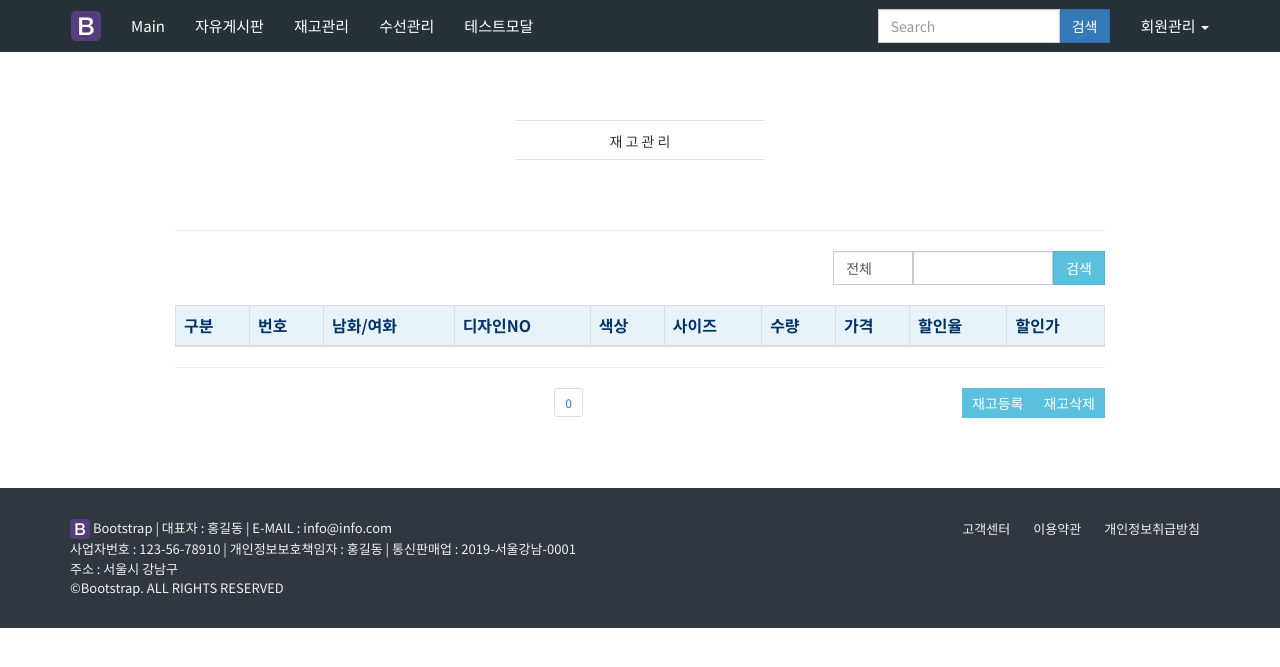
Repository: RattenLegs/Project_Inventory
Page: http://localhost/Project_Inventory/WEB-INF/views/inventoryboard/inventoryList.jsp
These files come from the project's save history. The page is drawn as it stood at one moment and after the next save; the edit follows.
The browser window is 1280 px wide. The pictures show the whole page.
Some web libraries are served in a nearby version. The page is served by Tomcat 9. Nobody is signed in. Other server files are loaded and not shown. The template is opened directly, without the code that normally fills it, so the values that code supplies are empty.

Above is the page before, as saved 2023-02-27 12:49:35.
Console error: TypeError: Cannot read properties of null (reading 'addEventListener')

### Project_Inventory/src/main/webapp/WEB-INF/views/inventoryboard/inventoryList.jsp
<%@ taglib uri="http://java.sun.com/jsp/jstl/core" prefix="c"%>
<%@ taglib uri="http://java.sun.com/jsp/jstl/fmt" prefix="fmt"%>
<%@ page language="java" contentType="text/html; charset=UTF-8"
	pageEncoding="UTF-8"%>
<html>
<head>
<%@ include file="../../views/include/header.jsp"%>
<title>재고관리 시스템입니다.</title>

</head>
<body>
	<section>
		<div class="container-fluid">
			<div class="row">
				<!--lg에서 9그리드, xs에서 전체그리드-->
				<div class="col-lg-9 col-xs-12 board-table">
					<div class="titlebox">
						<p>재 고 관 리</p>
					</div>
					<hr>

					<div>

						<%@ include
							file="../../views/inventoryboard/inventorySearchForm.jsp"%></div>

					<table class="table table-bordered">
						<thead>
							<tr>
								<th>구분</th>
								<th>번호</th>
								<th>남화/여화</th>
								<th>디자인NO</th>
								<th>색상</th>
								<th>사이즈</th>
								<th>수량</th>
								<th>가격</th>
								<th>할인율</th>
								<th>할인가</th>
							</tr>
						</thead>

						<tbody>
							<c:forEach var="vo" items="${boardList}">
								<tr>
									<td>${vo.bno}</td>
									<td><a
										href="<c:url value='/freeboard/freeDetail/${vo.bno}${pc.makeURI(pc.paging.pageNum)}' />">${vo.title}</a>
										&nbsp;&nbsp;&nbsp; <c:if test="${vo.newMark}">
											<img alt="newMark" src="<c:url value='/img/icon_new.gif' />">
										</c:if></td>
									<td>${vo.writer}</td>
									<td><fmt:formatDate value="${vo.regDate}"
											pattern="yyyy-MM-dd HH:mm" /></td>
									<td><fmt:formatDate value="${vo.updateDate}"
											pattern="yyyy-MM-dd HH:mm" /></td>
								</tr>
							</c:forEach>
						</tbody>

<!-- 						<tfoot>
						</tfoot> -->

					</table>

					<!-- 					<select class="form-select" size="1"
						aria-label="size 1 select example">
						<option selected>Open this select menu</option>
						<option value="1">One</option>
						<option value="2">Two</option>
						<option value="3">Three</option>
					</select> -->

					<!-- <input type="checkbox"> -->
					<%@ include file="../../views/inventoryboard/addInventoryForm.jsp"%>

					<%@ include
						file="../../views/inventoryboard/inventoryModalForm.jsp"%>
				</div>
			</div>
		</div>
	</section>
	<%@ include file="../../views/include/footer.jsp"%>
</body>
<script
	src="${pageContext.request.contextPath}/resources/modal/modal.js"></script>
</html>

### Project_Inventory/src/main/webapp/WEB-INF/views/include/header.jsp
<%@ page language="java" contentType="text/html; charset=UTF-8"
	pageEncoding="UTF-8"%>
<%@ taglib uri="http://java.sun.com/jsp/jstl/core" prefix="c"%>

<!DOCTYPE html>
<html>
<head>

<meta charset="utf-8">
<meta http-equiv="X-UA-Compatible" content="IE=edge">
<meta name="viewport" content="width=device-width, initial-scale=1">

<!--
		${pageContext.request.contextPath} == <c:url value='' />
	 -->

<link
	href="${pageContext.request.contextPath}/resources/css/bootstrap.css"
	rel="stylesheet">
<script
	src="https://ajax.googleapis.com/ajax/libs/jquery/1.11.2/jquery.min.js"></script>
<!--개인 디자인 추가-->
<link href="${pageContext.request.contextPath}/resources/css/style.css"
	rel="stylesheet">
<script
	src="${pageContext.request.contextPath}/resources/js/bootstrap.js"></script>
</head>


<body>
	<header>
		<div class="container-fluid">
			<div class="row">
				<div class="container">
					<div class="navbar">
						<div class="navbar-header">
							<!--data-toggle 같은 것들은 내부적으로 지원하는 반응형 API기능이므로 지우면 안됩니다-->
							<button type="button" class="navbar-toggle"
								data-toggle="collapse" data-target="#myNavbar">
								<span class="icon-bar"></span> <span class="icon-bar"></span> <span
									class="icon-bar"></span>
							</button>
							<a class="navbar-brand" href="#"><img width="30"
								src="${pageContext.request.contextPath }/resources/img/logo.svg"
								alt="Brand"></a>
						</div>


						<div class="collapse navbar-collapse" id="myNavbar">
							<ul class="nav navbar-nav">
								<li class="active"><a href="<c:url value='/' />">Main</a></li>
								<li><a href="<c:url value='/freeboard/freeList' />">자유게시판</a></li>
								<li><a
									href="<c:url value='/inventoryboard/inventoryList' />">재고관리</a></li>
								<li><a href="<c:url value='/repairboard/repairList' />">수선관리</a></li>
								<li><a href="<c:url value='/testModal/testModalMain' />">테스트모달</a></li>
								<!--
				<li><a href="#">강의</a></li>
                                <li><a href="#">Form</a></li>
                                <li><a href="#">Board</a></li>
 				-->

							</ul>
							<ul class="nav navbar-nav navbar-right">
								<li class="dropdown"><a class="dropdown-toggle"
									data-toggle="dropdown" href="#">회원관리 <span class="caret"></span></a>
									<ul class="dropdown-menu">
										<li><a href="<c:url value='/user/userLogin' />"><span
												class="glyphicon glyphicon-log-in"></span>Login</a></li>
										<li><a href="<c:url value='/user/userJoin' />"><span
												class="glyphicon glyphicon-user"></span>회원가입</a></li>
										<!--                                         <li><a href="#"><span class="glyphicon glyphicon-user"></span>MyPage</a></li> -->
										<li><a href="#"><span
												class="glyphicon glyphicon-log-out"></span>Logout</a></li>
									</ul></li>
							</ul>

							<form class="navbar-form navbar-right" action="">
								<div class="input-group">
									<input type="text" class="form-control" placeholder="Search">
									<div class="input-group-btn">

										<button class="btn btn-primary" type="submit">검색</button>
									</div>
								</div>
							</form>
						</div>
					</div>
				</div>
			</div>
		</div>
	</header>

### Project_Inventory/src/main/webapp/WEB-INF/views/inventoryboard/inventorySearchForm.jsp
<%@ page language="java" contentType="text/html; charset=UTF-8"
	pageEncoding="UTF-8"%>


<!-- form을 가져온다 -->
<form action="<c:url value='/inventoryboard/inventoryList' />">
	<div class="search-wrap">
		<button type="submit" class="btn btn-info search-btn">검색</button>
		<input type="text" name="keyword" class="form-control search-input"
			value="${pc.paging.keyword}"> <select
			class="form-control search-select" name="condition">
			<option value="all"
				${pc.paging.condition == 'title' ? 'selected' : ''}>전체</option>
			<option value="title"
				${pc.paging.condition == 'title' ? 'selected' : ''}>남화/여화</option>
			<option value="content"
				${pc.paging.condition == 'content' ? 'selected' : ''}>디자인NO</option>
			<option value="writer"
				${pc.paging.condition == 'writer' ? 'selected' : ''}>색상</option>
			<option value="titleContent"
				${pc.paging.condition == 'titleContent' ? 'selected' : ''}>사이즈</option>
			<option value="titleContent"
				${pc.paging.condition == 'titleContent' ? 'selected' : ''}>수량</option>
			<option value="titleContent"
				${pc.paging.condition == 'titleContent' ? 'selected' : ''}>가격</option>
			<option value="titleContent"
				${pc.paging.condition == 'titleContent' ? 'selected' : ''}>할인율</option>
			<option value="titleContent"
				${pc.paging.condition == 'titleContent' ? 'selected' : ''}>할인가</option>
		</select>
	</div>
</form>

### Project_Inventory/src/main/webapp/WEB-INF/views/inventoryboard/addInventoryForm.jsp
<%@ taglib uri="http://java.sun.com/jsp/jstl/core" prefix="c"%>
<%@ taglib uri="http://java.sun.com/jsp/jstl/fmt" prefix="fmt"%>
<%@ page language="java" contentType="text/html; charset=UTF-8"
	pageEncoding="UTF-8"%>

<!--페이지 네이션을 가져옴-->
<form action="<c:url value='/inventoryboard/inventoryList' />"
	name="pageForm">
	<div class="text-center">
		<hr>
		<ul id="pagination" class="pagination pagination-sm">
			<c:if test="${pc.prev}">
				<li><a href="#" data-pagenum="${pc.beginPage-1}">이전</a></li>
			</c:if>

			<c:forEach var="num" begin="${pc.beginPage}" end="${pc.endPage}">
				<li class="${pc.paging.pageNum == num ? 'active' : ''}"><a
					href="#" data-pagenum="${num}">${num}</a></li>
			</c:forEach>

			<c:if test="${pc.next}">
				<li><a href="#" data-pagenum="${pc.endPage+1}">다음</a></li>
			</c:if>
		</ul>
		<button type="button" class="btn btn-info">재고삭제</button>
<!-- 모달 오픈 -->
<button type="button" class="btn btn-info" data-toggle="modal" data-target="#exampleModal">
  재고등록
</button>
	</div>

<!-- Button trigger modal -->
<!-- <button type="button" class="btn btn-primary" data-toggle="modal" data-target="#exampleModal">
  Launch demo modal
</button> -->


	<!-- 페이지 관련 버튼(이전, 다음, 페이지번호)을 클릭 시 같이 숨겨서 보내줄 공통 값  -->
	<input type="hidden" name="pageNum" value="${pc.paging.pageNum}">
	<input type="hidden" name="cpp" value="${pc.paging.cpp}"> <input
		type="hidden" name="condition" value="${pc.paging.condition}">
	<input type="hidden" name="keyword" value="${pc.paging.keyword}">
</form>

### Project_Inventory/src/main/webapp/WEB-INF/views/inventoryboard/inventoryModalForm.jsp
<%@ page language="java" contentType="text/html; charset=UTF-8"
	pageEncoding="UTF-8"%>

<!-- Modal -->
<div class="modal fade" id="exampleModal" tabindex="-1" role="dialog"
	aria-labelledby="exampleModalLabel" aria-hidden="true">
	<div class="modal-dialog" role="document">
		<div class="modal-content">
			<div class="modal-header">
				<h5 class="modal-title" id="exampleModalLabel">재고등록</h5>
				<button type="button" class="close" data-dismiss="modal"
					aria-label="Close">
					<span aria-hidden="true">&times;</span>
				</button>
			</div>
			<div class="modal-body">
				<form action="/inventoryboard/addInventoryCheck" method="post">
					<table class="table table-hover">
						<tbody class="t-control">
							<tr>
								<td class="t-title">남화/여화</td>
								<td><select>
										<option selected></option>
										<option value="man">남화</option>
										<option value="woman">여화</option>
								</select></td>
							</tr>
							<tr>
								<td class="t-title">디자인NO</td>
								<td><input class="form-control input-sm" name="design"></td>
							</tr>
							<tr>
								<td class="t-title">색상</td>
								<td><input class="form-control input-sm" name="color"></td>
							</tr>
							<tr>
								<td class="t-title">사이즈</td>
								<td><input class="form-control input-sm" name="size"></td>
							</tr>
							<tr>
								<td class="t-title">수량</td>
								<td><input class="form-control input-sm" name="num"></td>
							</tr>
							<tr>
								<td class="t-title">가격</td>
								<td><input class="form-control input-sm" name="price"></td>
							</tr>
							<tr>
								<td class="t-title">할인율</td>
								<td><input class="form-control input-sm" name="salePercent"></td>
							</tr>
							<tr>
								<td class="t-title">할인가</td>
								<td><input class="form-control input-sm" name="sale"></td>
							</tr>

							<!-- 							<tr>
								<td class="t-title">CONTENT</td>
								<td><textarea class="form-control" rows="7" name="content"></textarea>
								</td>
							</tr> -->
						</tbody>
					</table>
				</form>
			</div>
			<div class="modal-footer">
				<button type="button" class="btn btn-primary addInventorylist">재고
					등록</button>
				<button type="button" class="btn btn-secondary" data-dismiss="modal">모달
					닫기</button>

			</div>
		</div>
	</div>
</div>

<!-- <div class="form-check">
										<input class="form-check-input" type="radio"
											name="flexRadioDefault" id="flexRadioDefault1"
											name="shoeGender"> <label class="form-check-label"
											for="flexRadioDefault1"> 남화 </label>
									</div>
									<div class="form-check">
										<input class="form-check-input" type="radio"
											name="flexRadioDefault" id="flexRadioDefault1"
											name="shoeGender"> <label class="form-check-label"
											for="flexRadioDefault1"> 여화 </label>
									</div> -->

### Project_Inventory/src/main/webapp/WEB-INF/views/include/footer.jsp
<%@ page language="java" contentType="text/html; charset=UTF-8"
    pageEncoding="UTF-8"%>
    <footer>
        <div class="container">
            <div class="row">
                <div class="col-md-7 col-sm-12">
                    <div class="copyright">
                        <a href="">
                            <img width="20" src="${pageContext.request.contextPath }/resources/img/logo.svg" alt="Brand">
                        </a>
                        Bootstrap | 대표자 : 홍길동 | E-MAIL : info&#64;info.com<br>
                        사업자번호 : 123-56-78910 | 개인정보보호책임자 : 홍길동 | 통신판매업 : 2019-서울강남-0001<br>
                        주소 : 서울시 강남구
                        <address>&copy;Bootstrap. ALL RIGHTS RESERVED</address>
                    </div>
                </div>
                <div class="col-md-5 col-sm-12 text-right">
                    <ul class="footer-menu">
                        <li><a href="#">고객센터</a></li>
                        <li><a href="#">이용약관</a></li>
                        <li><a href="#">개인정보취급방침</a></li>
                    </ul>
                </div>
            </div>
        </div>
    </footer>
    <!-- //footer -->

### Project_Inventory/src/main/webapp/resources/css/style.css
/*=========웹폰트 선언=========*/
@import
	url('https://fonts.googleapis.com/css?family=Noto+Sans+KR&display=swap')
	;
/*===========================*/

/*디자인 시작시 기본 선언*/
* { /* 기본선언: 마딩, 패딩 0, 요소크기에 padding, border값을 포함 x*/
	padding: 0;
	margin: 0;
	box-sizing: border-box;
}

body, html {
	width: 100%;
	min-width: 320px;
	font-family: 'Noto Sans KR', sans-serif; /*웹폰트 사용*/
}

img {
	max-width: 100%; /*사이즈가 변해도 넓이를 유지 */
	height: auto; /*사이즈가 변해도 높이를 유지 */
	/*vertical-align: top;*/
}

input, textarea, button, select {
	/*고유하게 적용되어있는 form관련 요소들을 제거해서 여러브라우저에서 동일한디자인을 얻게함*/
	-webkit-appearance: none;
	-moz-appearance: none;
	appearance: none;
	border: none
}

ul, ol, dl, li {
	list-style: none /*순서 요소들이 리스트스타일을 업앤다 */
}

.btn {
	border-radius: 0px;
}

/*=========헤더=========*/
.carousel-control.right, .carousel-control.left {
	background-image: linear-gradient(to right, rgba(0, 0, 0, .0001) 0%,
		rgba(0, 0, 0, 0) 100%)
}
header {
	position: fixed;
	left: 0;
	top: 0;
	width: 100%;
	z-index: 50; /*position을 이용하면 요소가 겹쳐질 수 있다. 숫자가 제일 높은값이 위로 떠오른다*/
}
header {
	background: #263238;
}

section {
	margin-top: 50px;
}

/*header 의 모든 컨테이너 클래스에 적용함 */
header .container {
	padding: 0;
}
/*navbar의 margin: 0으로 */
.navbar {
	margin-bottom: 0px;
}
/*이미지 위치 조정 */
.navbar-brand {
	padding: 10px 15px;
}
/*nav의 a변경*/
.nav>li>a {
	font-size: 15px;
	color: white;
}
/*na의 a 호버시 기능 변경 */
.nav>li>a:hover, .nav>li>a:focus {
	background-color: #304047;
}

/* 토글메뉴 윤곽색 변경 */
.navbar-toggle {
	border-color: white;
}

.navbar-toggle>.icon-bar {
	background-color: white;
}
/*개발자도구에서 확인후 색깔변경*/
.nav .open>a:focus {
	background-color: #304047;
}
/*부트스트랩의 드롭다운시 a태그 색상변경  */
.dropdown-menu>li>a {
	color: #f5f5f5;
}
/*======슬라이더=======*/
.slide-list {
	padding: 0;
}
/* ===================================
    Footer style
====================================== */
footer {
	margin-top: 70px;
	background-color: #303740;
	padding: 30px 0;
}

footer .copyright {
	font-size: 13px;
	line-height: 20px;
	color: #f1f1f1;
}

footer .copyright address {
	margin-bottom: 0;
}

footer .footer-menu li {
	display: inline-block;
	padding: 0 10px;
}

footer .footer-menu li a {
	display: block;
	color: #f1f1f1;
	font-size: 13px;
}

/*===========본문=========== */
/*섹션전체에 패딩 추가*/
section {
	/*위 60px 나머지 0 */

}

.prod-list, .prod-link {
	border: 1px solid #ddd; /*윤곽 1, 한줄, 색상 */
	display: block; /* 블락요소로 변경 반드시 필요 */
	text-align: center; /*이미지 가운데 정렬*/
	/* position: relative;*/
}
/*기본 부트설정은 좌우 15px임 -> col에 대해 전부 5px로 바꿔버린다*/
.prod-list, .prod-list>li[class*="col-"] {
	padding: 5px;
}

/*호버기능 추가*/
.prod-link:hover {
	border-color: #4285F4;
}

.prod-link>.arrow {
	display: block; /*span은 인라인 요소입니다 인라인요소는 position속성을 사용할수 없습니다*/
	position: absolute;
	/*원래 위치에서 따로 띠어내어 부모위치로 조정한다 width, heigth를 필수로 지정해야한다*/
	left: 15px; /*좌우 위치조정 left, right 중 한개만쓴다*/
	bottom: 15px; /*위아래 위치조정 top, bottom 중한개만 쓴다 */
	width: 36px; /* 넓이값 조정 */
	height: 36px; /* 높이값 조정*/
	line-height: 36px; /*텍스트가 위치에 맞게 높이와 동일하게 설정 */
	background-color: #ccc;
	color: #fff;
	opacity: 1; /*투명도*/
}
/* .hover클래스의 넓이 색상 투명도*/
.prod-link>.hover {
	width: 100px;
	background-color: #4285F4;
	opacity: 0;
}
/*link호버시 arrow클래스를 투명도 0*/
.prod-link:hover>.arrow {
	opacity: 0;
}
/*link호버시 hover클래스를 투명도 1*/
.prod-link:hover>.hover {
	opacity: 1;
}

/*========회원가입 폼 디자인=========*/
/*제목박스(계속사용) */
.titlebox {
	width: 250px;
	text-align: center;
	height: 40px;
	line-height: 40px;
	margin: 70px auto;
	border-top: 1px solid #E1E1E1;
	border-bottom: 1px solid #E1E1E1;
}

.join-form {
	margin: 0 auto;
	/*가운대 정렬방법 하지만 적용되지 않는다. 이유는 col클래스들이 float:left를 들고 있기 때문*/
	float: none; /*플롯을 해제한다. 가운대정렬이 들어간다*/
}
/*조인폼클래스의 form태그의 접근 */
.join-form form {
	border-radius: 8px; /*윤곽 8*/
	padding: 15px; /*모든 패딩 15*/
	/*박스 쉐도우: 그림자가 가로로떨어진간격, 세로로떨어진 간격, 흐릿정도, 그림자색상*/
	box-shadow: 0px 8px 16px rgba(0, 0, 0, 0.15)
}

.input-group-addon {
	padding: 0;
	border: none; /*윤곽 모두 0*/
	border-radius: 0;
}
/*폼컨트롤, 인풋그룹 내부에 모든 버튼 라디우스 0 */
.form-control, .form-group .btn {
	border-radius: 0;
}
/*포커스시 윤곽 색 변경*/
.form-control:focus {
	border-color: #555;
}
/* 핸드폰폼 디자인 */
.input-group .phone1 {
	width: 33.3333%;
}

.input-group .phone2 {
	width: 66.6666%;
}
/*이메일폼 디자인 */
.email-form {
	box-sizing: border-box;
	overflow: hidden;
}

.email-form input {
	width: 33.33%;
	float: left;
}

.email-form select {
	width: 66.66%;
	float: left;
}
/*=========로그인 디자인==========*/
.login-form {
	margin: 0 auto;
	float: none;
}

.login-form form {
	border-radius: 8px; /*윤곽 8*/
	padding: 70px 120px; /*위아래, 좌우*/
	/*박스 쉐도우: 그림자가 가로로떨어진간격, 세로로떨어진 간격, 흐릿정도, 그림자색상*/
	box-shadow: 0px 8px 16px rgba(0, 0, 0, 0.15);
	margin-bottom: 174px; /*화면에 딱맞게 밀어준다*/
}

/*========회원정보 디자인=========*/
.m-control .m-title {
	min-width: 100px; /*화면줄었을때 최소크기*/
	vertical-align: middle; /*가운대 정렬*/
}

.m-control .form-control {
	width: 200px;
	display: inline; /*인라인요소로 변경한다*/
}
/*개발자 도구에서 input-sm의 정렬을 푼다*/
.m-control .input-sm {
	height: auto;
	line-height: normal;
}
/*sel의 크기만 지정*/
.m-control  .sel {
	width: 80px;
}

.m-control .add {
	width: 400px;
}

.titlefoot {
	text-align: center; /*인라인의 텍스트정렬 가운데*/
	margin: 30px auto; /*박스의 가운데정렬*/
	width: 50%; /*크기 50%*/
}

/*==========자게 디자인==========*/
.titlebox {
	width: 250px;
	text-align: center;
	height: 40px;
	line-height: 40px;
	margin: 70px auto;
	border-top: 1px solid #E1E1E1;
	border-bottom: 1px solid #E1E1E1;
}
/*자게 그리드*/
.board-table {
	float: none; /*col의 플로팅 해제 */
	margin: 0 auto;
}
/*---검색버튼--- */
.search-wrap {
	overflow: hidden; /*부모요소에 히든 */
	margin-bottom: 20px;
}

.search-btn, .search-input, .search-select {
	float: right; /*우측 플로팅 */
}

.search-input {
	width: 140px;
}

.search-select {
	width: 80px;
}

/*제목에 클래스를 줘서 강제로 크기 고정*/
.board-title {
	width: 300px;
}
/*th의 순차적 접근 색상변경 */
.table-bordered>thead>tr>th {
	background-color: #E7F2F9;
	color: #003366;
}

/*테이블 안에 a태그에 순차적 접근 */
.table-bordered>tbody>tr>td>a, .table-bordered>tbody>tr>td>a:hover {
	color: black;
}

.pagination {
	margin: 0; /*페이지 네이션의 기본 마진 0*/
}

.text-center .btn {
	float: right; /*오른쪽으로 쌓아서 우측정렬 시킨다*/
	border: 0; /*border스타일 해제*/
	border-radius: 0; /*윤곽 0*/
	padding: 5px 10px; /*버튼 패딩을 페이지네이션과 맞춘다*/
}

/*==========자게 글쓰기==========*/
.titlebox {
	width: 250px;
	text-align: center;
	height: 40px;
	line-height: 40px;
	margin: 70px auto;
	border-top: 1px solid #E1E1E1;
	border-bottom: 1px solid #E1E1E1;
}

.t-control .t-title {
	width: 100px;
	min-width: 100px; /*화면줄었을때 최소크기*/
	vertical-align: middle; /*테이블에서 세로 가운대정렬*/
}

/*input 요소의 넓이만 선택*/
.t-control input {
	width: 200px;
	display: inline; /*인라인요소로 변경한다*/
}

/*개발자 도구에서 input-sm의 정렬을 푼다*/
.t-control .input-sm {
	height: auto;
	line-height: normal;
}
/*td의 아래만 밑줄*/
.t-control td {
	border-bottom: 1px solid #E1E1E1;
}

.titlefoot {
	text-align: center;
	margin: 30px auto; /*박스의 가운데정렬*/
	width: 50%; /*크기 50%*/
}
/*==========자게 상세보기==========*/
.write-wrap {
	margin: 0 auto;
	/*가운대 정렬방법 하지만 적용되지 않는다. 이유는 col클래스들이 float:left를 들고 있기 때문*/
	float: none; /*플롯을 해제한다. 가운대정렬이 들어간다*/
}
/*=======댓글========*/
.reply-wrap {
	background-color: #f5f5f5;
	padding: 15px;
	border: 1px solid #ddd;
	position: relative; /*부모에 relative*/
}

.reply-wrap .reply-image {
	position: absolute; /*자식에서 absolute로 부모요소 위치로 조정*/
	left: 15px;
	top: 15px;
}

.reply-wrap .reply-content {
	padding-left: 60px;
}
/*부트스트랩의 form-control 조정 */
.reply-content>.form-control {
	resize: vertical; /*세로로만 조정가능*/
	width: 100%; /*최대 100%*/
	min-height: 80px; /*최대 넓이*/
	margin-bottom: 10px;
}

.reply-input>.form-control {
	width: 200px;
	margin-bottom: 5px;
}

.reply-group {
	overflow: hidden;
}

.reply-input {
	float: left;
}

.reply-group .right {
	float: right;
}

/*댓글 영역*/
.reply-group small {
	margin-left: 10px;
	height: 20px;
	line-height: 20px;
}

.reply-group small, .reply-group strong {
	float: left;
}

.reply-group a {
	text-decoration: none;
	color: #777;
	float: right;
}
/*댓글창 포커스시 서서히 보이기 */
.reply-content textarea {
	height: 50px;
	transition: height .4s ease-in-out;
}

.reply-content textarea:focus {
	height: 150px;
}
/*==========토글탭 mypage==========*/
.tabs-style {
	background-color: #607D8B;
}
/*탭버튼 아래 마진 50*/
.tabs-style {
	margin-bottom: 50px;
}

.tabs-style>li {
	margin-bottom: 0;
}

.tabs-style li a {
	background-color: #607D8B;
	border: none;
	margin: 0;
	border-radius: 0px;
}

.tabs-style li.active a, .tabs-style li.active a:hover, .tabs-style li.active a:focus
	{
	border: none;
	background-color: #56707D;
	color: #fff;
}

.myInfo {
	margin: 0 auto;
	float: none;
}

.myInfo-inner {
	margin: 0;
	float: none;
}

/*==========mypage check==========*/
.infoCheck {
	margin: 0 auto;
	float: none;
}

.infoCheck-form ul {
	width: 270px;
	margin: 0 auto;
}

.infoCheck-form li {
	position: relative;
	padding-left: 95px;
}

.infoCheck-form li .lab {
	font-size: 20px;
	position: absolute;
	top: 0;
	left: 0;
}

.infoCheck-form input {
	width: 170px;
	margin: 0;
}

.infoCheck .alert {
	margin-bottom: 50px;
	border-radius: 0;
}

.infoCheck-btn {
	width: 270px;
	margin-top: 40px;
	margin: 0 auto;
}

.infoCheck-btn button {
	margin-top: 20px;
	padding: 5px 51.5px;
}

### Project_Inventory/src/main/webapp/resources/img/logo.svg
<svg xmlns="http://www.w3.org/2000/svg" viewBox="0 0 612 612" focusable="false" role="img">
  <title>Bootstrap</title>
  <path fill="#563D7C" d="M612 510c0 56.1-45.9 102-102 102H102C45.9 612 0 566.1 0 510V102C0 45.9 45.9 0 102 0h408c56.1 0 102 45.9 102 102v408z"/>
  <path fill="#FFF" d="M166.3 133h173.5c32 0 57.7 7.3 77 22s29 36.8 29 66.5c0 18-4.4 33.4-13.2 46.2-8.8 12.8-21.4 22.8-37.8 29.8v1c22 4.7 38.7 15.1 50 31.2 11.3 16.2 17 36.4 17 60.8 0 14-2.5 27.1-7.5 39.2-5 12.2-12.8 22.7-23.5 31.5s-24.3 15.8-41 21-36.5 7.8-59.5 7.8h-164V133zm62.5 149.5h102c15 0 27.5-4.2 37.5-12.8s15-20.8 15-36.8c0-18-4.5-30.7-13.5-38s-22-11-39-11h-102v98.6zm0 156.5h110.5c19 0 33.8-4.9 44.2-14.8 10.5-9.8 15.8-23.8 15.8-41.8 0-17.7-5.2-31.2-15.8-40.8s-25.2-14.2-44.2-14.2H228.8V439z"/>
</svg>

### Project_Inventory/src/main/webapp/resources/modal/modal.js
function modalOpen() {
		document.querySelector(".background").className = "background modalOpen";
	}

	function close() {
		document.querySelector(".background").className = "background";
	}

	document.querySelector("#modalOpen").addEventListener("click", modalOpen);
	document.querySelector("#modalClose").addEventListener("click", close);

Loaded but not shown: Project_Inventory/src/main/webapp/resources/css/bootstrap.css (library); Project_Inventory/src/main/webapp/resources/js/bootstrap.js (library)

After the next save:
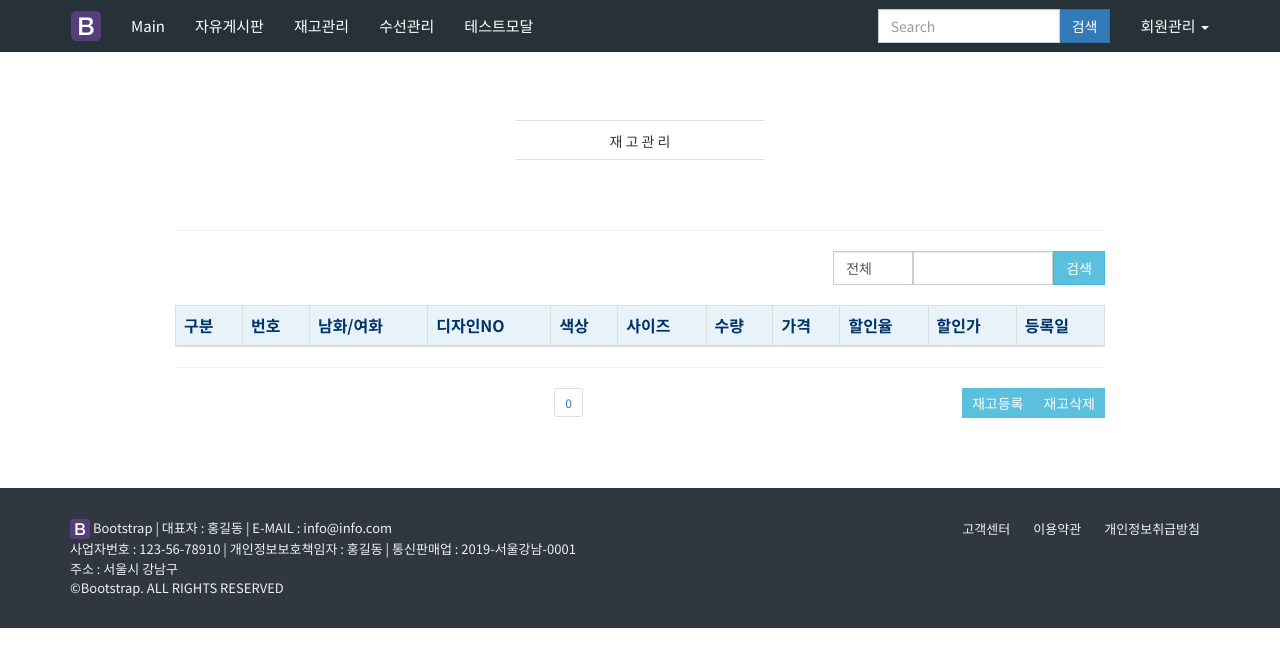
Saved 3 h 11 min later.
--- a/Project_Inventory/src/main/webapp/WEB-INF/views/inventoryboard/inventoryList.jsp
+++ b/Project_Inventory/src/main/webapp/WEB-INF/views/inventoryboard/inventoryList.jsp
@@ -37,6 +37,7 @@
 								<th>가격</th>
 								<th>할인율</th>
 								<th>할인가</th>
+								<th>등록일</th>
 							</tr>
 						</thead>
 
